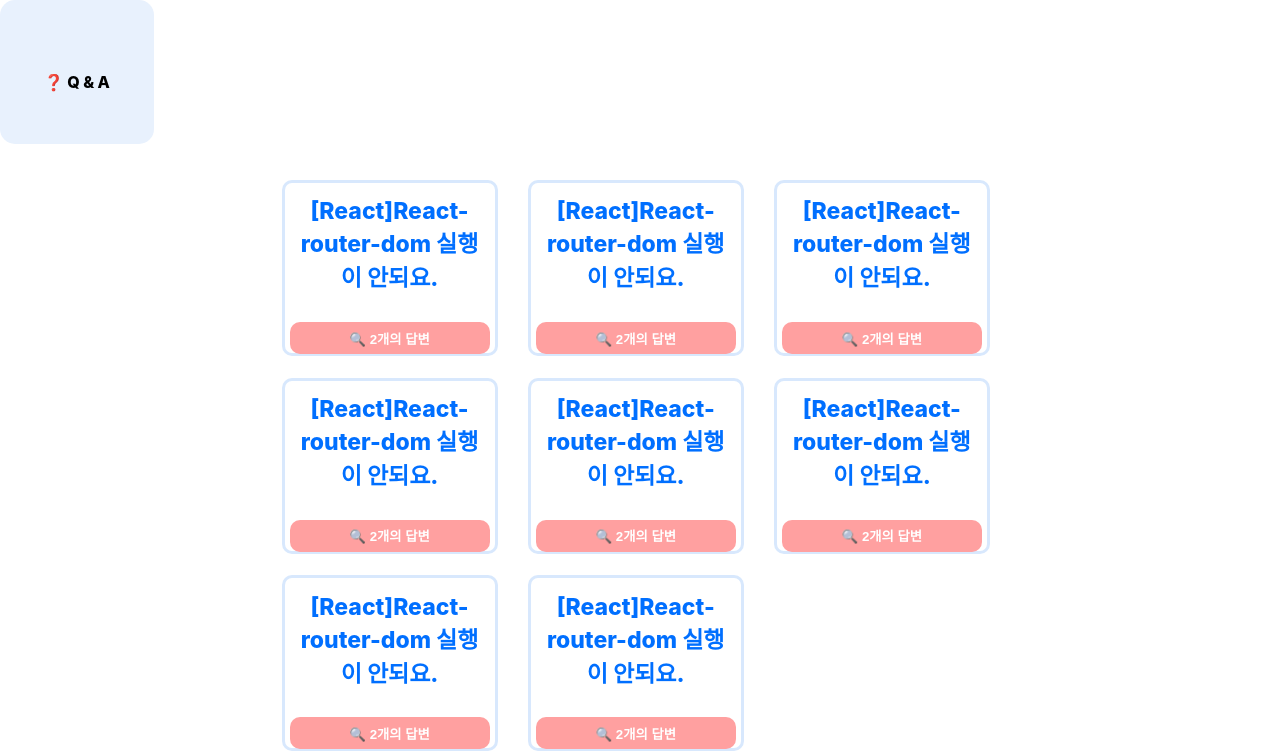
Repository: TeamCosine/Front
Page: /Qna
These files come from the project's save history. The page is drawn as it stood at one moment and after the next save; the edit follows.
The browser window is 1280 px wide. The pictures show the whole page.
The project was rebuilt for these pictures with package versions that can differ from the ones it lists, and the page was loaded fresh each time. Also part of the build but not shown: src/components/home/Card.js, src/pages/Home.js, src/pages/Profile.js, src/pages/Login.js, src/components/MyInfo/Card.js, src/pages/MyInfo.js, src/pages/Write.js, src/pages/Invite.js.

Above is the page before, as saved 2023-07-22 23:12:44.

### src/App.js
import React from 'react';
import './App.css';

import {BrowserRouter, Routes, Route} from 'react-router-dom';
import Home from './pages/Home';
import Profile from './pages/Profile';
import Login from './pages/Login';
import MyInfo from './pages/MyInfo';
import Write from './pages/Write';
import Qna from './pages/Qna';
import Invite from './pages/Invite';


function App() {
  return (
    <BrowserRouter>
    <div className="App">
      <Routes>
        <Route path = "/" element={<Login/>}/>
        <Route path = "/profile" element={<Profile/>}/>
        <Route path = "/myinfo" element = {<MyInfo/>} />
        <Route path = "/Write" element = {<Write/>} />
        <Route path = "/Qna" element={<Qna/>}/>
        <Route path = "/home" element = {< Home/>}/>
        <Route path = "/invite" element={<Invite/>}/>

      </Routes>
    </div>
    </BrowserRouter>
  );
}

export default App;

### src/pages/Qna.js
import React from "react";
import styled from 'styled-components';
import Card from "../components/QNA/Card";
//import Title from "../components/common/Title";

const Container = styled.div`

`;
const GridContainer = styled.div`
   display: grid;
   grid-template-columns: repeat(3, 1fr);
   grid-gap: 3vh;
   padding-left: 22vw;
   padding-right: 22vw;
   padding-top: 5vh;
`;
const Title = styled.div`
    padding-top : 10vh;
    background-color: #e8f1fd;
    border-radius: 15px;
    width : 12vw;
    height : 10vh;
    font-weight : 800;
    text-align: center;
    justify-items :center;
    display: flex-wrap;
    justify-content: center;

`;

const Qna =()=>{
    return (
        <>
          {/* <Title text={"QNA"}/> */}
          <Title>❓ Q & A</Title>
          <Container>
            <GridContainer>
            <Card/>
            <Card/>
            <Card/>
            <Card/>
            <Card/>
            <Card/>
            <Card />
            <Card/>
            </GridContainer>
          </Container>
        </>
    )
}

export default Qna;

### src/components/QNA/Card.js
import React from "react";
import styled from "styled-components";

const Container = styled.div`
   border-radius: 10px;
   border : 3px solid #d8e8fd;
   background-color: white;
   width : 210px;
   height : 170px;
`;

const Text = styled.div`
   padding-top: 2vh;
   color : #006fff;
   font-size: 23px;
   font-weight: 800;
   flex-shrink: 0;
   padding-bottom: 4vh;
   padding-left : 1vw;
   padding-right: 1vw;
`;
const Btn = styled.button`
    text-align: center;
    width : 200px;
    height : 32px;
    background-color: #ffa0a0;
    flex-shrink: 0;
    color : white;
    border-radius: 10px;
    border:none;
    font-weight: bold;
`;
const Card =() =>{

    return (
        <>
           <Container>
              <Text>[React]React-router-dom 실행이 안되요.</Text>
              <div>
                <Btn>🔍 2개의 답변</Btn>
              </div>

           </Container>
        </>
    )

}

export default Card;

Loaded but not shown: public/index.html (common file); src/index.js (common file); src/index.css (common file); src/reportWebVitals.js (common file); src/App.css (common file)

After the next save:
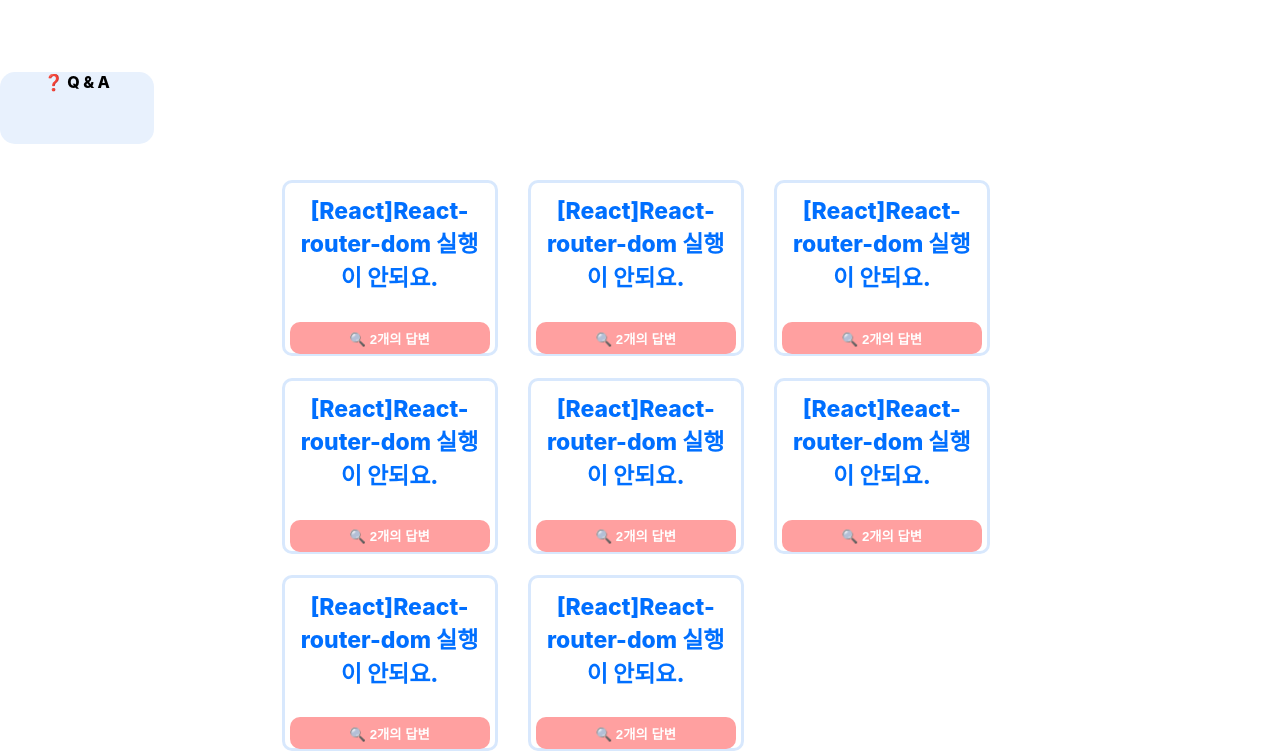
Saved 8 s later.
--- a/src/pages/Qna.js
+++ b/src/pages/Qna.js
@@ -15,7 +15,7 @@
    padding-top: 5vh;
 `;
 const Title = styled.div`
-    padding-top : 10vh;
+    margin-top : 10vh;
     background-color: #e8f1fd;
     border-radius: 15px;
     width : 12vw;
